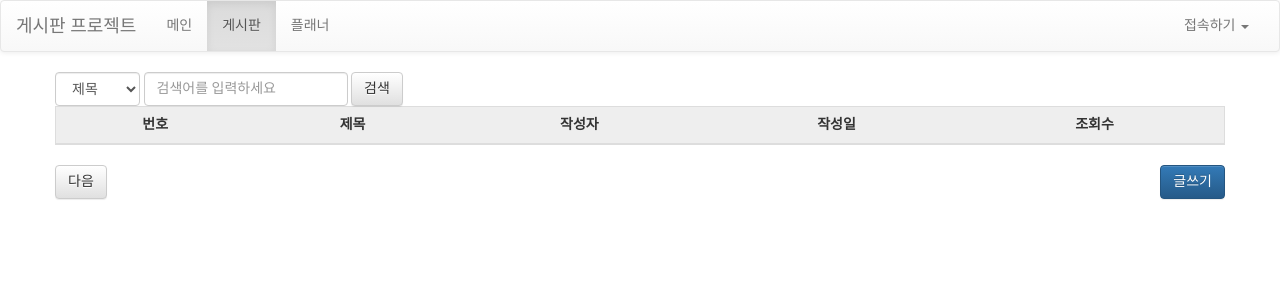
Repository: Seok7975/Project_PlannerSharingBoard
Page: http://localhost/ToDoList공유_게시판_ver3/bbs.jsp?bbsCategory=all
These files come from the project's save history. The page is drawn as it stood at one moment and after the next save; the edit follows.
The browser window is 1280 px wide. The pictures show the whole page.
Some web fonts or font styles are not loaded; a fallback is used. Some web libraries are served in a nearby version. The page is served by Tomcat 9. Other server files are loaded and not shown. Queries for data that is not in the repository find no rows.

Above is the page before, as saved 2024-07-02 02:19:49.

### List_Projects_ver3/ToDoList공유 게시판_ver3/src/main/webapp/bbs.jsp
<!--  게시판 -->

<%-- <%@ page language="java" contentType="text/html; charset=UTF-8"
    pageEncoding="UTF-8"%>
<%@ page import="java.io.PrintWriter" %>
<%@ page import="bbs.BbsDAO" %>
<%@ page import="bbs.Bbs" %>
<%@ page import="java.util.ArrayList" %>
<!DOCTYPE html>
<html>
<head>
<meta http-equiv="Content-Type" content="text/html; charset=UTF-8">
<meta name="viewport" content="width=device-width, initial-scale=1">
<!-- Latest compiled and minified CSS -->
<link rel="stylesheet" href="https://cdn.jsdelivr.net/npm/bootstrap@3.3.7/dist/css/bootstrap.min.css" integrity="sha384-BVYiiSIFeK1dGmJRAkycuHAHRg32OmUcww7on3RYdg4Va+PmSTsz/K68vbdEjh4u" crossorigin="anonymous">
<!-- Optional theme -->
<link rel="stylesheet" href="https://cdn.jsdelivr.net/npm/bootstrap@3.3.7/dist/css/bootstrap-theme.min.css" integrity="sha384-rHyoN1iRsVXV4nD0JutlnGaslCJuC7uwjduW9SVrLvRYooPp2bWYgmgJQIXwl/Sp" crossorigin="anonymous">
<!-- jQuery (necessary for Bootstrap's JavaScript plugins) -->
<script src="https://code.jquery.com/jquery-3.1.1.min.js"></script>
<!-- Latest compiled and minified JavaScript -->
<script src="https://cdn.jsdelivr.net/npm/bootstrap@3.3.7/dist/js/bootstrap.min.js" integrity="sha384-Tc5IQib027qvyjSMfHjOMaLkfuWVxZxUPnCJA7l2mCWNIpG9mGCD8wGNIcPD7Txa" crossorigin="anonymous"></script>
<link rel="stylesheet" href="css/jumbotronCustom.css">
<title>JSP 게시판 웹 사이트</title>
<style type="text/css">
	a, a:hover {
		color : #000000;
		text-decoration: none;
	}
</style>
</head>
<body>
<%
	String userID = null;
	if (session.getAttribute("userID") != null) {
		userID = (String) session.getAttribute("userID");
	}
	int pageNumber = 1;
	if (request.getParameter("pageNumber") != null) {
		pageNumber = Integer.parseInt(request.getParameter("pageNumber"));
	}
%>
	<nav class="navbar navbar-default">
		<div class="container-fluid">
			<div class="navbar-header">
				<button type="button" class="navbar-toggle collapsed" data-toggle="collapse" data-target="#bs-example-navbar-collapse-1" aria-expanded="false">
					<span class="sr-only">Toggle navigation</span>
					<span class="icon-bar"></span>
					<span class="icon-bar"></span>
					<span class="icon-bar"></span>
				</button>
				<a class="navbar-brand" href="main.jsp">게시판 프로젝트</a>
			</div>
			<div class="collapse navbar-collapse" id="bs-example-navbar-collapse-1">
				<ul class="nav navbar-nav">
					<li><a href="main.jsp">메인</a></li>
					<li class="active"><a href="bbs.jsp">게시판</a></li>
					<li><a href="planner/planner.jsp">플래너</a></li>
				</ul>
				<%
					if(userID == null) {
				%>
					<ul class="nav navbar-nav navbar-right">
						<li class="dropdown">
							<a href="#" class="dropdown-toggle" data-toggle="dropdown" role="button" aria-haspopup="true" aria-expanded="false">접속하기 <span class="caret"></span></a>
							<ul class="dropdown-menu">
								<li><a href="joinAndLogin/login.jsp">로그인</a></li>
								<li><a href="joinAndLogin/join.jsp">회원가입</a></li>
							</ul>
						</li>
					</ul>
				<%
					} else {
				%>
						<ul class="nav navbar-nav navbar-right">
						<li class="dropdown">
							<a href="#" class="dropdown-toggle" data-toggle="dropdown" role="button" aria-haspopup="true" aria-expanded="false">회원관리<span class="caret"></span></a>
							<ul class="dropdown-menu">
								<li><a href="logoutAction.jsp">로그아웃</a></li>
							</ul>
						</li>
					</ul>
				<%
					}
				%>
			</div>
		</div>
	</nav>

	<div class="container">
		<div class="row">
			<table class="table table-striped" style="text-align: center; border: 1px solid #dddddd">
				<thead>
					<tr>
						<th style="background-color: #eeeeee; text-align: center;">번호</th>
						<th style="background-color: #eeeeee; text-align: center;">제목</th>
						<th style="background-color: #eeeeee; text-align: center;">작성자</th>
						<th style="background-color: #eeeeee; text-align: center;">작성일</th>
						<th style="background-color: #eeeeee; text-align: center;">조회수</th>
					</tr>
				</thead>
				<tbody> <!-- 예시 -->
					<tr>
					<%
						BbsDAO bbsDAO = new BbsDAO();
						ArrayList<Bbs> list = bbsDAO.getList(pageNumber);
						for(int i = 0; i < list.size(); i++) {
					%>
						<td><%= list.get(i).getBbsID() %></td>
						<td><a href="view.jsp?bbsID=<%= list.get(i).getBbsID() %>"><%= list.get(i).getBbsTitle() %></a></td>
						<td><%= list.get(i).getUserID() %></td>
						<td><%= list.get(i).getBbsDate().substring(0, 11) + list.get(i).getBbsDate().substring(11,13) + "시" + list.get(i).getBbsDate().substring(14, 16) + "분" %></td>
						<td><%= list.get(i).getViewCount() %></td>
					<tr>
					<%
						}
					%>
				</tbody>
			</table>
			<%
				if(pageNumber != 1) {
			%>
				<a href="bbs.jsp?pageNumber=<%=pageNumber - 1%>" class="btn btn-success btn-arraw-left">이전</a>
			<%
				}
				if(bbsDAO.nextPage(pageNumber + 1)) {
			%>
					<a href="bbs.jsp?pageNumber=<%=pageNumber + 1%>" class="btn btn-success btn-arraw-right">다음</a>
			<%
				}
			%>
			<a href="write.jsp" class="btn btn-primary pull-right">글쓰기</a>
		</div>
	</div>
</body>
</html> --%>



<!--  게시판 -->

<%@ page language="java" contentType="text/html; charset=UTF-8"
    pageEncoding="UTF-8"%>
<%@ page import="java.io.PrintWriter" %>
<%@ page import="bbs.BbsDAO" %>
<%@ page import="bbs.Bbs" %>
<%@ page import="java.util.ArrayList" %>
<!DOCTYPE html>
<html>
<head>
<meta http-equiv="Content-Type" content="text/html; charset=UTF-8">
<meta name="viewport" content="width=device-width, initial-scale=1">
<!-- Latest compiled and minified CSS -->
<link rel="stylesheet" href="https://cdn.jsdelivr.net/npm/bootstrap@3.3.7/dist/css/bootstrap.min.css" integrity="sha384-BVYiiSIFeK1dGmJRAkycuHAHRg32OmUcww7on3RYdg4Va+PmSTsz/K68vbdEjh4u" crossorigin="anonymous">
<!-- Optional theme -->
<link rel="stylesheet" href="https://cdn.jsdelivr.net/npm/bootstrap@3.3.7/dist/css/bootstrap-theme.min.css" integrity="sha384-rHyoN1iRsVXV4nD0JutlnGaslCJuC7uwjduW9SVrLvRYooPp2bWYgmgJQIXwl/Sp" crossorigin="anonymous">
<link rel="stylesheet" href="css/bbsStyle.css"> <!-- 외부 CSS 파일 참조 -->
<!-- jQuery (necessary for Bootstrap's JavaScript plugins) -->
<script src="https://code.jquery.com/jquery-3.1.1.min.js"></script>
<!-- Latest compiled and minified JavaScript -->
<script src="https://cdn.jsdelivr.net/npm/bootstrap@3.3.7/dist/js/bootstrap.min.js" integrity="sha384-Tc5IQib027qvyjSMfHjOMaLkfuWVxZxUPnCJA7l2mCWNIpG9mGCD8wGNIcPD7Txa" crossorigin="anonymous"></script>
<link rel="stylesheet" href="css/jumbotronCustom.css">
<title>JSP 게시판 웹 사이트</title>
<!-- <style type="text/css">
</style> -->
</head>
<body>
<%
    String userID = null;
    if (session.getAttribute("userID") != null) {
        userID = (String) session.getAttribute("userID");
    }
    int pageNumber = 1;
    if (request.getParameter("pageNumber") != null) {
        pageNumber = Integer.parseInt(request.getParameter("pageNumber"));
    }
    String searchType = request.getParameter("searchType");
    String searchKeyword = request.getParameter("searchKeyword");
%>
    <nav class="navbar navbar-default">
        <div class="container-fluid">
            <div class="navbar-header">
                <button type="button" class="navbar-toggle collapsed" data-toggle="collapse" data-target="#bs-example-navbar-collapse-1" aria-expanded="false">
                    <span class="sr-only">Toggle navigation</span>
                    <span class="icon-bar"></span>
                    <span class="icon-bar"></span>
                    <span class="icon-bar"></span>
                </button>
                <a class="navbar-brand" href="main.jsp">게시판 프로젝트</a>
            </div>
            <div class="collapse navbar-collapse" id="bs-example-navbar-collapse-1">
                <ul class="nav navbar-nav">
                    <li><a href="main.jsp">메인</a></li>
                    <li class="active"><a href="bbs.jsp">게시판</a></li>
                    <li><a href="planner/planner.jsp">플래너</a></li>
                </ul>
                <%
                    if(userID == null) {
                %>
                    <ul class="nav navbar-nav navbar-right">
                        <li class="dropdown">
                            <a href="#" class="dropdown-toggle" data-toggle="dropdown" role="button" aria-haspopup="true" aria-expanded="false">접속하기 <span class="caret"></span></a>
                            <ul class="dropdown-menu">
                                <li><a href="joinAndLogin/login.jsp">로그인</a></li>
                                <li><a href="joinAndLogin/join.jsp">회원가입</a></li>
                            </ul>
                        </li>
                    </ul>
                <%
                    } else {
                %>
                        <ul class="nav navbar-nav navbar-right">
                        <li class="dropdown">
                            <a href="#" class="dropdown-toggle" data-toggle="dropdown" role="button" aria-haspopup="true" aria-expanded="false">회원관리<span class="caret"></span></a>
                            <ul class="dropdown-menu">
                                <li><a href="joinAndLogin/logoutAction.jsp">로그아웃</a></li>
                            </ul>
                        </li>
                    </ul>
                <%
                    }
                %>
            </div>
        </div>
    </nav>

    <div class="container">
        <div class="row">
            <form class="form-inline" method="get" action="bbs.jsp">
                <div class="form-group">
                    <select class="form-control" name="searchType">
                        <option value="title" <%= "title".equals(searchType) ? "selected" : "" %>>제목</option>
                        <option value="content" <%= "content".equals(searchType) ? "selected" : "" %>>내용</option>
                        <option value="writer" <%= "writer".equals(searchType) ? "selected" : "" %>>작성자</option>
                    </select>
                </div>
                <div class="form-group">
                    <input type="text" class="form-control" name="searchKeyword" placeholder="검색어를 입력하세요" value="<%= (searchKeyword != null && !searchKeyword.equals("")) ? searchKeyword : "" %>">
                </div>
                <button type="submit" class="btn btn-default">검색</button>
            </form>
            <table class="table table-striped" style="text-align: center; border: 1px solid #dddddd">
                <thead>
                    <tr>
                        <th style="background-color: #eeeeee; text-align: center;">번호</th>
                        <th style="background-color: #eeeeee; text-align: center;">제목</th>
                        <th style="background-color: #eeeeee; text-align: center;">작성자</th>
                        <th style="background-color: #eeeeee; text-align: center;">작성일</th>
                        <th style="background-color: #eeeeee; text-align: center;">조회수</th>
                    </tr>
                </thead>
                <tbody>
                    <%
                        BbsDAO bbsDAO = new BbsDAO();
                        ArrayList<Bbs> list;
                        int totalPage;
                        if (searchKeyword != null && !searchKeyword.equals("")) { // 검색어가 있을 때
                            list = bbsDAO.searchList(pageNumber, searchType, searchKeyword);
                            totalPage = (bbsDAO.getSearchPostCount(searchType, searchKeyword) + 9) / 10; // 검색 결과의 총 페이지 수 계산
                        } else { // 검색어가 없을 때
                            list = bbsDAO.getList(pageNumber);
                            totalPage = bbsDAO.getTotalPageCount(); // 전체 게시물의 총 페이지 수 계산
                        }
                        for(int i = 0; i < list.size(); i++) {
                    %>
                        <tr>
                            <td><%= list.get(i).getBbsID() %></td>
                            <td><a href="view.jsp?bbsID=<%= list.get(i).getBbsID() %>"><%= list.get(i).getBbsTitle() %></a></td>
                            <td><%= list.get(i).getUserID() %></td>
                            <td><%= list.get(i).getBbsDate().substring(0, 11) + list.get(i).getBbsDate().substring(11,13) + "시" + list.get(i).getBbsDate().substring(14, 16) + "분" %></td>
                            <td><%= list.get(i).getViewCount() %></td>
                        </tr>
                    <%
                        }
                    %>
                </tbody>
            </table>
            <div style="text-align: center;">
                <%
                    int pageBlock = 5;
                    int startPage = ((pageNumber - 1) / pageBlock) * pageBlock + 1;
                    int endPage = startPage + pageBlock - 1;

                    if(pageNumber != 1) {
                %>
                    <a href="bbs.jsp?pageNumber=<%= pageNumber - 1 %>&searchType=<%= searchType %>&searchKeyword=<%= (searchKeyword != null && !searchKeyword.equals("")) ? searchKeyword : "" %>" class="btn btn-default pull-left">이전</a>
                <%
                    }
                    for (int i = startPage; i <= endPage && i <= totalPage; i++) {
                %>
                    <a href="bbs.jsp?pageNumber=<%= i %>&searchType=<%= searchType %>&searchKeyword=<%= (searchKeyword != null && !searchKeyword.equals("")) ? searchKeyword : "" %>" class="btn <%= (i == pageNumber) ? "btn-primary pull-left" : "btn-default pull-left" %>"><%= i %></a>
                <%
                    }
                    if(pageNumber != totalPage) {
                %>
                    <a href="bbs.jsp?pageNumber=<%= pageNumber + 1 %>&searchType=<%= searchType %>&searchKeyword=<%= (searchKeyword != null && !searchKeyword.equals("")) ? searchKeyword : "" %>" class="btn btn-default pull-left">다음</a>
                <%
                    }
                %>
                <a href="write.jsp" class="btn btn-primary pull-right">글쓰기</a>
            </div>
        </div>
    </div>
</body>
</html>

### List_Projects_ver3/ToDoList공유 게시판_ver3/src/main/java/bbs/BbsDAO.java
package bbs;

import java.sql.Connection;
import java.sql.DriverManager;
import java.sql.PreparedStatement;
import java.sql.ResultSet;
import java.sql.SQLException;
import java.util.ArrayList;

/*DAO : 데이터 접근 객체의 약자, 실제로 데이터베이스에 접근을 해서 바로 빼올 수 있게 해주는 역할을 하는 클래스*/

public class BbsDAO {

	private Connection conn;
	private ResultSet rs;

	public BbsDAO() {
		try {
			String dbURL = "jdbc:mysql://localhost:3306/BBS";
			String dbID = "root";
			String dbPassword = "1234";
			Class.forName("com.mysql.cj.jdbc.Driver");
			conn = DriverManager.getConnection(dbURL, dbID, dbPassword);
		} catch (Exception e) {
			e.printStackTrace();
		}
	}

	// BbsDAO class에서는 여러개의 메서드가 사용되기 때문에,
	// 접근에 마찰이 일어나지 않기 위해 PreparedStatement는 각각 메서드 안에서 초기화
	public String getDate() { //게시판 작성시, 시간을 DB에 넣는 메서드
		String SQL = "SELECT NOW()";
		try {
			PreparedStatement pstmt = conn.prepareStatement(SQL);
			rs = pstmt.executeQuery();

			if (rs.next()) {
				return rs.getString(1);
			}
		} catch (Exception e) {
			e.printStackTrace();
		}
		return ""; // 데이터베이스 오류
	}

	//게시판 작성시, 시간을 DB에 넣는 메서드
	public int getNext() {
		String SQL = "SELECT bbsID FROM BBS ORDER By bbsID DESC";
		// 게시글 번호는 1부터 늘어나야 되기때문에 새로 생성할 때, 마지막에 쓰인 글을 가져와서 그 번호의 +1을 해야됨
		try {
			PreparedStatement pstmt = conn.prepareStatement(SQL);
			rs = pstmt.executeQuery();

			if (rs.next()) {
				return rs.getInt(1) + 1;
			}
			return 1; // 게시글이 첫 게시물인 경우

		} catch (Exception e) {
			e.printStackTrace();
		}
		return -1; // 데이터베이스 오류
	}

	public int write(String bbsTitle, String userID, String bbsContent, String fileName) {
	    String SQL = "INSERT INTO BBS (bbsID, bbsTitle, userID, bbsDate, bbsContent, bbsAvailable, fileName) VALUES (?, ?, ?, ?, ?, ?, ?)";
	    try {
	        PreparedStatement pstmt = conn.prepareStatement(SQL);
	        pstmt.setInt(1, getNext());
	        pstmt.setString(2, bbsTitle);
	        pstmt.setString(3, userID);
	        pstmt.setString(4, getDate());
	        pstmt.setString(5, bbsContent);
	        pstmt.setInt(6, 1);
	        if (fileName != null) {
	            pstmt.setString(7, fileName);
	        } else {
	            pstmt.setNull(7, java.sql.Types.VARCHAR); // uploadFile(fileName)이 null인 경우
	        }
	        return pstmt.executeUpdate();
	    } catch(Exception e) {
	        e.printStackTrace();
	    }
	    return -1;
	}

    public void increaseViewCount(int bbsID) {
        String SQL = "UPDATE BBS SET viewCount = viewCount + 1 WHERE bbsID = ?";
        try {
            PreparedStatement pstmt = conn.prepareStatement(SQL);
            pstmt.setInt(1, bbsID);
            pstmt.executeUpdate();
        } catch (Exception e) {
            e.printStackTrace();
        }
    }

    public ArrayList<Bbs> getList(int pageNumber) {
        String SQL = "SELECT * FROM BBS WHERE bbsID < ? AND bbsAvailable = 1 ORDER BY bbsID DESC LIMIT 10";
        ArrayList<Bbs> list = new ArrayList<Bbs>();
        try {
            PreparedStatement pstmt = conn.prepareStatement(SQL);
            pstmt.setInt(1, getNext() - (pageNumber - 1) * 10);
            rs = pstmt.executeQuery();
            while (rs.next()) {
                Bbs bbs = new Bbs(); // bbs안에 데이터들을 삽입
                bbs.setBbsID(rs.getInt(1));
                bbs.setBbsTitle(rs.getString(2));
                bbs.setUserID(rs.getString(3));
                bbs.setBbsDate(rs.getString(4));
                bbs.setBbsContent(rs.getString(5));
                bbs.setBbsAvailable(rs.getInt(6));
                bbs.setFileName(rs.getString(7)); // 파일 이름 설정
                bbs.setViewCount(rs.getInt(8)); // 조회수 설정
                list.add(bbs);
            }
        } catch (Exception e) {
            e.printStackTrace();
        }
        return list; // 데이터베이스 오류
    }

    // 페이징 처리 함수
	public boolean nextPage(int pageNumber) {
		String SQL = "SELECT * FROM BBS WHERE bbsID < ? AND bbsAvailable = 1";
		try {
			PreparedStatement pstmt = conn.prepareStatement(SQL);
			pstmt.setInt(1,  getNext() - (pageNumber -1) * 10);
			rs = pstmt.executeQuery();
			if (rs.next()) {
				return true;
			}
		} catch(Exception e) {
			e.printStackTrace();
		}
		return false;
	}

    public Bbs getBbs(int bbsID) {
        String SQL = "SELECT * FROM BBS WHERE bbsID = ?";
        try {
            PreparedStatement pstmt = conn.prepareStatement(SQL);
            pstmt.setInt(1, bbsID);
            rs = pstmt.executeQuery();

            if (rs.next()) {
                Bbs bbs = new Bbs(); // bbs안에 데이터들을 삽입
                bbs.setBbsID(rs.getInt(1));
                bbs.setBbsTitle(rs.getString(2));
                bbs.setUserID(rs.getString(3));
                bbs.setBbsDate(rs.getString(4));
                bbs.setBbsContent(rs.getString(5));
                bbs.setBbsAvailable(rs.getInt(6));
                bbs.setFileName(rs.getString(7)); // 파일 이름 설정
                bbs.setViewCount(rs.getInt(8)); // 조회수 설정
                return bbs;
            }
        } catch (Exception e) {
            e.printStackTrace();
        }
        return null;
    }

	// 특정한 매개변수로 들어온 제목과 내용을 수정하는 함수
    public int update(int bbsID, String bbsTitle, String bbsContent, String fileName) {
        String SQL = "UPDATE BBS SET bbsTitle = ?, bbsContent = ?, fileName = ? WHERE bbsID = ?";
        try {
            PreparedStatement pstmt = conn.prepareStatement(SQL);
            pstmt.setString(1, bbsTitle);
            pstmt.setString(2, bbsContent);
            pstmt.setString(3, fileName);
            pstmt.setInt(4, bbsID);
            return pstmt.executeUpdate();
        } catch (Exception e) {
            e.printStackTrace();
        }
        return -1; // 데이터베이스 오류
    }

    // bbsAvailable =0로 하여 글을 삭제하는 함수
	public int delete(int bbsID) {
		String SQL = "UPDATE BBS SET bbsAvailable =0 WHERE bbsID = ?";
		try {
			PreparedStatement pstmt = conn.prepareStatement(SQL);
			pstmt.setInt(1, bbsID);
			return pstmt.executeUpdate();
		} catch(Exception e) {
			e.printStackTrace();
		}
		return -1;
	}

    // 총 게시물 수를 반환하는 메서드
    public int getTotalPostCount() {
        String SQL = "SELECT COUNT(*) FROM BBS WHERE bbsAvailable = 1";
        try {
            PreparedStatement pstmt = conn.prepareStatement(SQL);
            rs = pstmt.executeQuery();
            if (rs.next()) {
                return rs.getInt(1);
            }
        } catch (Exception e) {
            e.printStackTrace();
        }
        return -1; // 데이터베이스 오류
    }

    // 총 페이지 수를 반환하는 메서드
    public int getTotalPageCount() {
        int totalPostCount = getTotalPostCount();
        int pageSize = 10; // 페이지당 게시물 수
        int totalPageCount = (totalPostCount + pageSize - 1) / pageSize; // 총 페이지 수 계산
        return totalPageCount;
    }

    // 검색한 결과의 게시물 수를 반환하는 메서드
    public int getSearchPostCount(String searchType, String searchKeyword) {
        String SQL = "";
        if (searchType.equals("title")) {
            SQL = "SELECT COUNT(*) FROM BBS WHERE bbsTitle LIKE ? AND bbsAvailable = 1";
        } else if (searchType.equals("content")) {
            SQL = "SELECT COUNT(*) FROM BBS WHERE bbsContent LIKE ? AND bbsAvailable = 1";
        } else if (searchType.equals("writer")) {
            SQL = "SELECT COUNT(*) FROM BBS WHERE userID LIKE ? AND bbsAvailable = 1";
        }
        try {
            PreparedStatement pstmt = conn.prepareStatement(SQL);
            pstmt.setString(1, "%" + searchKeyword + "%");
            rs = pstmt.executeQuery();
            if (rs.next()) {
                return rs.getInt(1);
            }
        } catch (Exception e) {
            e.printStackTrace();
        }
        return -1; // 데이터베이스 오류
    }


    public ArrayList<Bbs> searchList(int pageNumber, String searchType, String searchKeyword) {
        ArrayList<Bbs> list = new ArrayList<Bbs>();
        String SQL = "";
        PreparedStatement pstmt = null;
        ResultSet rs = null;

        try {
            if (searchType.equals("title")) {
                SQL = "SELECT * FROM BBS WHERE bbsTitle LIKE ? AND bbsAvailable = 1 ORDER BY bbsID DESC LIMIT ?, 10";
            } else if (searchType.equals("content")) {
                SQL = "SELECT * FROM BBS WHERE bbsContent LIKE ? AND bbsAvailable = 1 ORDER BY bbsID DESC LIMIT ?, 10";
            } else if (searchType.equals("writer")) {
                SQL = "SELECT * FROM BBS WHERE userID LIKE ? AND bbsAvailable = 1 ORDER BY bbsID DESC LIMIT ?, 10";
            }
            pstmt = conn.prepareStatement(SQL); //PreparedStatement pstmt = conn.prepareStatement(SQL);
            pstmt.setString(1, "%" + searchKeyword + "%");
            pstmt.setInt(2, (pageNumber - 1) * 10);
            rs = pstmt.executeQuery();
            while (rs.next()) {
                Bbs bbs = new Bbs();
                bbs.setBbsID(rs.getInt(1));
                bbs.setBbsTitle(rs.getString(2));
                bbs.setUserID(rs.getString(3));
                bbs.setBbsDate(rs.getString(4));
                bbs.setBbsContent(rs.getString(5));
                bbs.setBbsAvailable(rs.getInt(6));
                bbs.setFileName(rs.getString(7)); // 파일 이름 설정
                bbs.setViewCount(rs.getInt(8));
                list.add(bbs);
            }
        } catch (SQLException e) {
            e.printStackTrace();
        } finally {
            try {
                if (rs != null) rs.close();
                if (pstmt != null) pstmt.close();
            } catch (Exception e) {
                e.printStackTrace();
            }
        }
        return list;
    }

}

### List_Projects_ver3/ToDoList공유 게시판_ver3/src/main/webapp/css/bbsStyle.css
@charset "UTF-8";

a, a:hover {
	color : #000000;
	text-decoration: none;
}

/* body {
     background-color: #e0f7fa;   생동감 있는 옅은 파란색 배경
} */

.table td {
        text-align: center;
        /* border: 1px solid #dddddd; */
        background-color: #fefefe;
}

### List_Projects_ver3/ToDoList공유 게시판_ver3/src/main/webapp/css/jumbotronCustom.css

@import url(http://fonts.googleapis.com/earlyaccess/nanumgothic.css);
@import url(http://fonts.googleapis.com/earlyaccess/hanna.css);
* {
	font-family : 'Nanum Gothic';
}

h1 {
	font-family : 'Hanna';
}

After the next save:
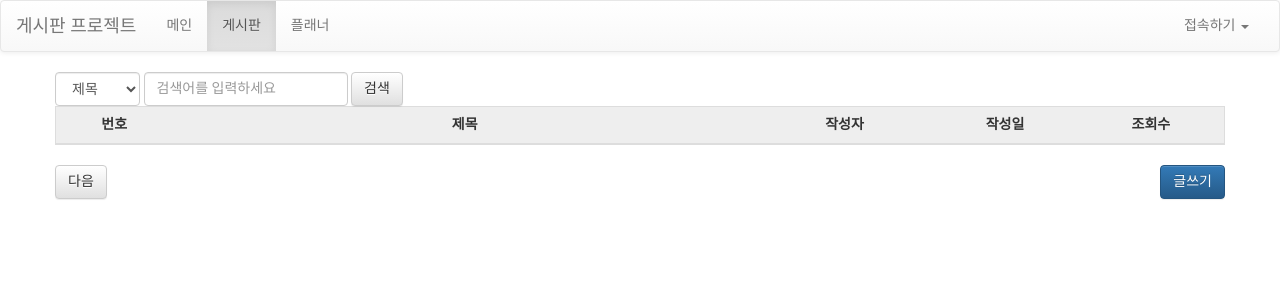
Saved 8 min 16 s later.
--- a/List_Projects_ver3/ToDoList공유 게시판_ver3/src/main/webapp/bbs.jsp
+++ b/List_Projects_ver3/ToDoList공유 게시판_ver3/src/main/webapp/bbs.jsp
@@ -160,8 +160,21 @@
 <script src="https://cdn.jsdelivr.net/npm/bootstrap@3.3.7/dist/js/bootstrap.min.js" integrity="sha384-Tc5IQib027qvyjSMfHjOMaLkfuWVxZxUPnCJA7l2mCWNIpG9mGCD8wGNIcPD7Txa" crossorigin="anonymous"></script>
 <link rel="stylesheet" href="css/jumbotronCustom.css">
 <title>JSP 게시판 웹 사이트</title>
-<!-- <style type="text/css">
-</style> -->
+<style type="text/css">
+    a, a:hover {
+        color : #000000;
+        text-decoration: none;
+    }
+    .table th.number-col {
+        width: 10%;
+    }
+    .table th.title-col {
+        width: 50%;
+    }
+    .table th.writer-col {
+        width: 15%;
+    }
+</style>
 </head>
 <body>
 <%
@@ -241,9 +254,9 @@
             <table class="table table-striped" style="text-align: center; border: 1px solid #dddddd">
                 <thead>
                     <tr>
-                        <th style="background-color: #eeeeee; text-align: center;">번호</th>
-                        <th style="background-color: #eeeeee; text-align: center;">제목</th>
-                        <th style="background-color: #eeeeee; text-align: center;">작성자</th>
+                        <th class="number-col" style="background-color: #eeeeee; text-align: center;">번호</th>
+                        <th class="title-col" style="background-color: #eeeeee; text-align: center;">제목</th>
+                        <th class="writer-col" style="background-color: #eeeeee; text-align: center;">작성자</th>
                         <th style="background-color: #eeeeee; text-align: center;">작성일</th>
                         <th style="background-color: #eeeeee; text-align: center;">조회수</th>
                     </tr>
